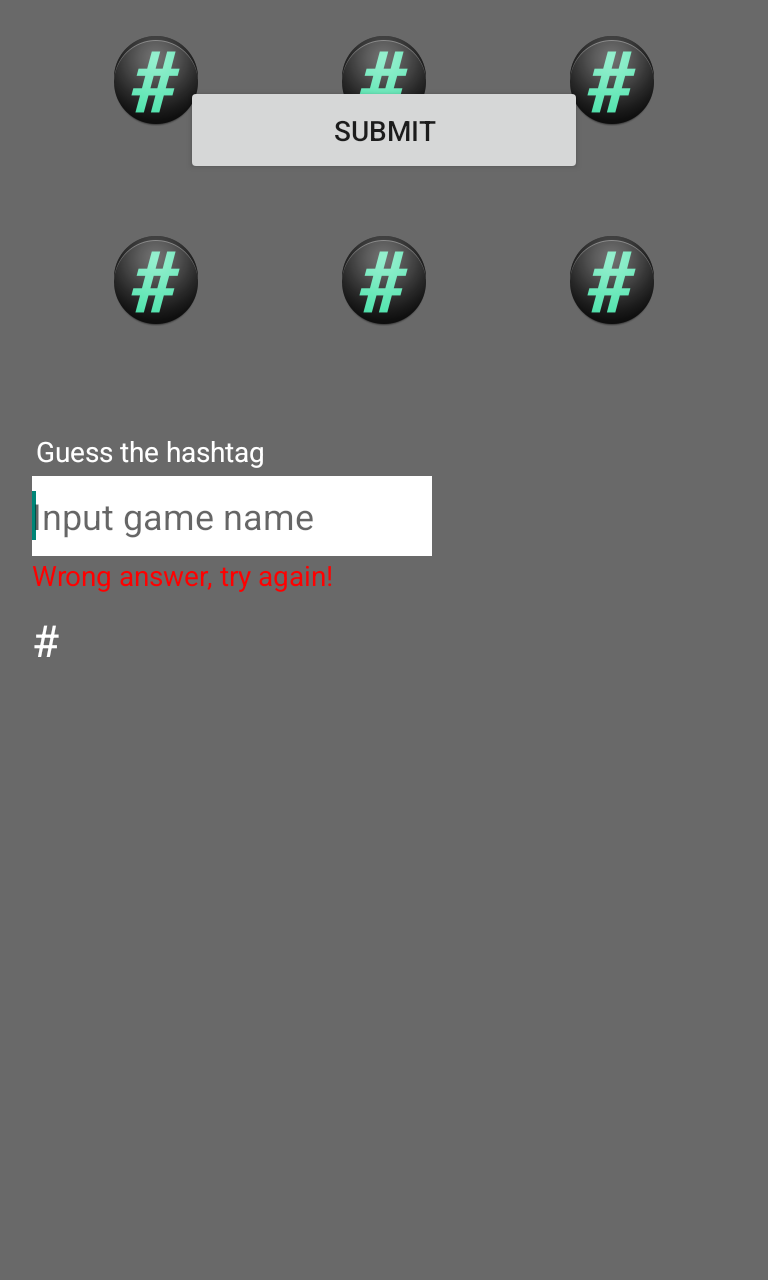
Repository: Hannanina/GuessTag
Layout: GuessTag/res/layout/activity_guess_tag.xml
The author's editor kept a copy of each file at every save. The layout is drawn from the files as they stood at one save, then again after the next save.
It is drawn on a 768 x 1280 px phone screen (xhdpi) without system bars, with theme AppTheme; the app's code is not run.

Above is the layout before, as saved 2014-12-17 10:51:33.

After the next save:
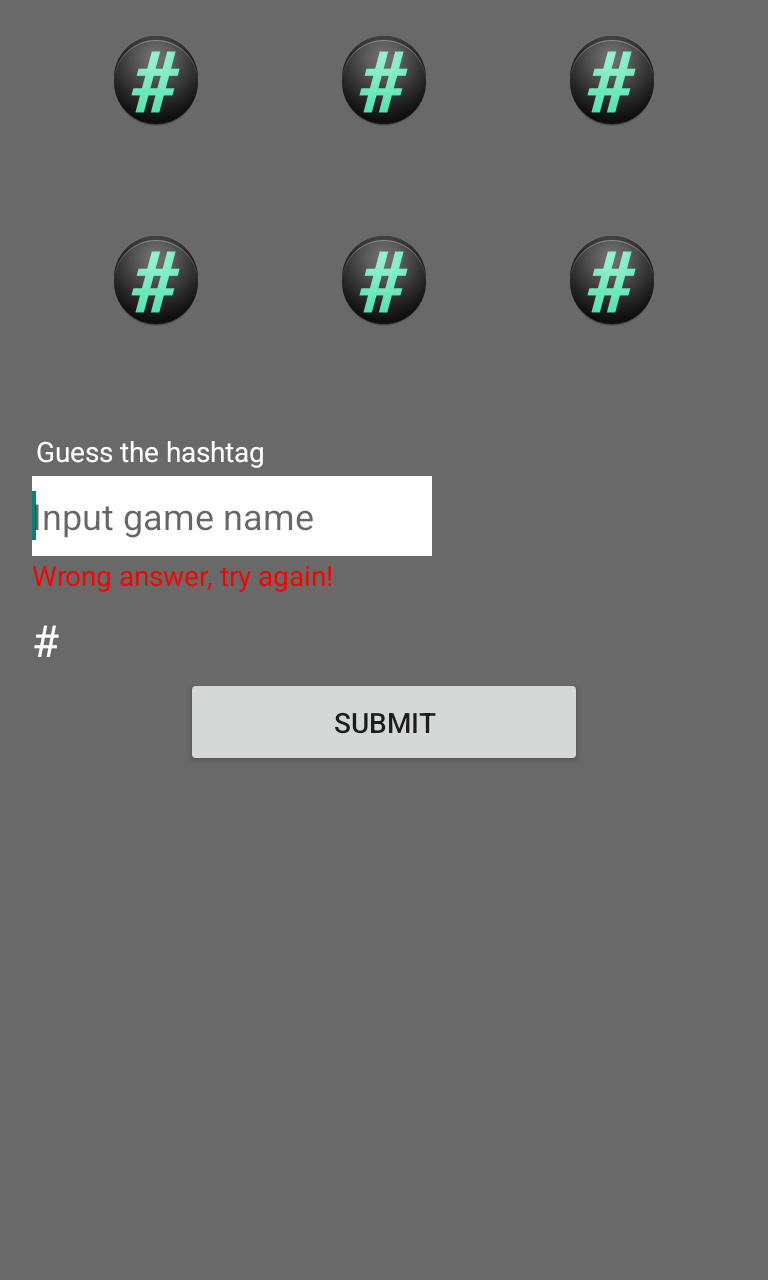
Saved 33 s later.
--- a/GuessTag/res/layout/activity_guess_tag.xml
+++ b/GuessTag/res/layout/activity_guess_tag.xml
@@ -130,7 +130,7 @@
         android:id="@+id/buttonSubmit"
   	    android:layout_width="200dp"
 	    android:layout_height="48dp"
-        android:layout_below="@+id/inputText"
+        android:layout_below="@+id/input_container"
         android:layout_centerHorizontal="true"
         android:layout_marginTop="25dp"
         android:text="submit"
